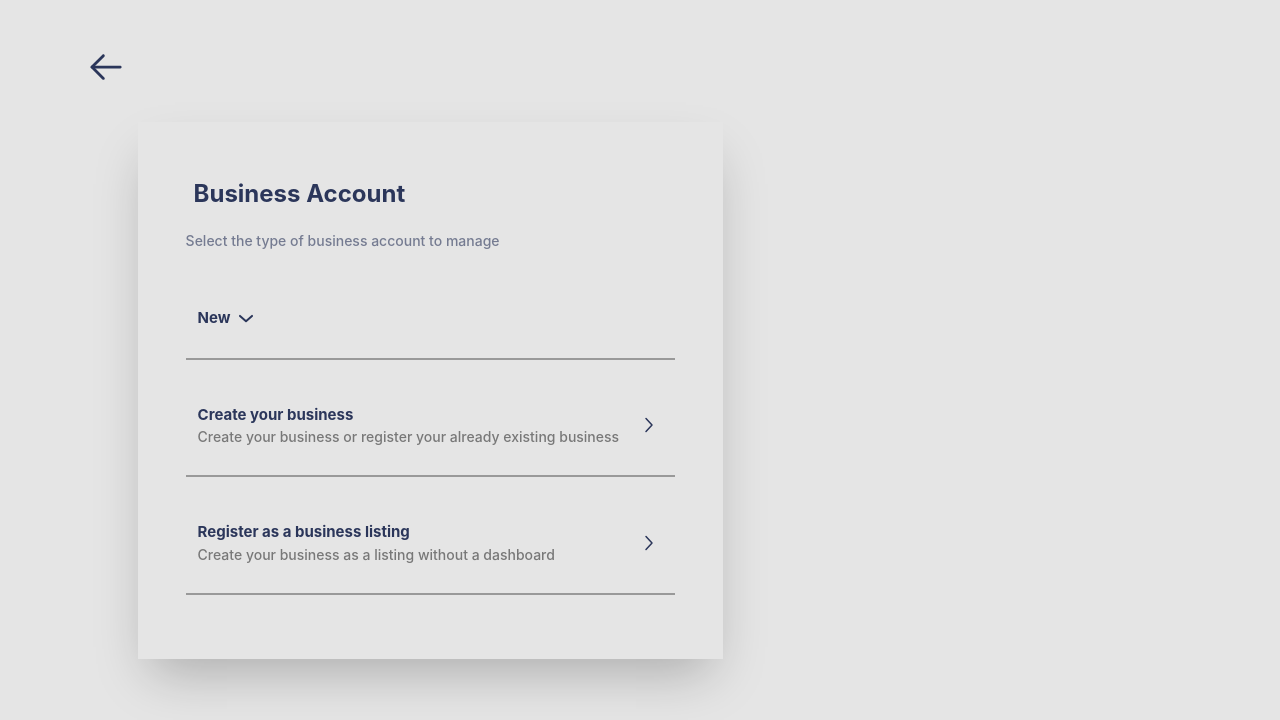
Repository: Osomhe1/findme_task
Page: /account
An editor plug-in stored every save of this project. The page is shown before and after the next save, followed by the edit.
The browser window is 1280 px wide. The pictures show the whole page.
The project was rebuilt for these pictures with package versions that can differ from the ones it lists, and the page was loaded fresh each time. Also part of the build but not shown: src/component/Clip.css, src/component/Logo.js, src/component/Drag.js, src/component/Memories.js, src/component/Publish.js, src/component/Insight.js, src/component/User.js, src/component/Clip.js and 20 more.

Above is the page before, as saved 2023-04-10 09:25:04.

After the next save:
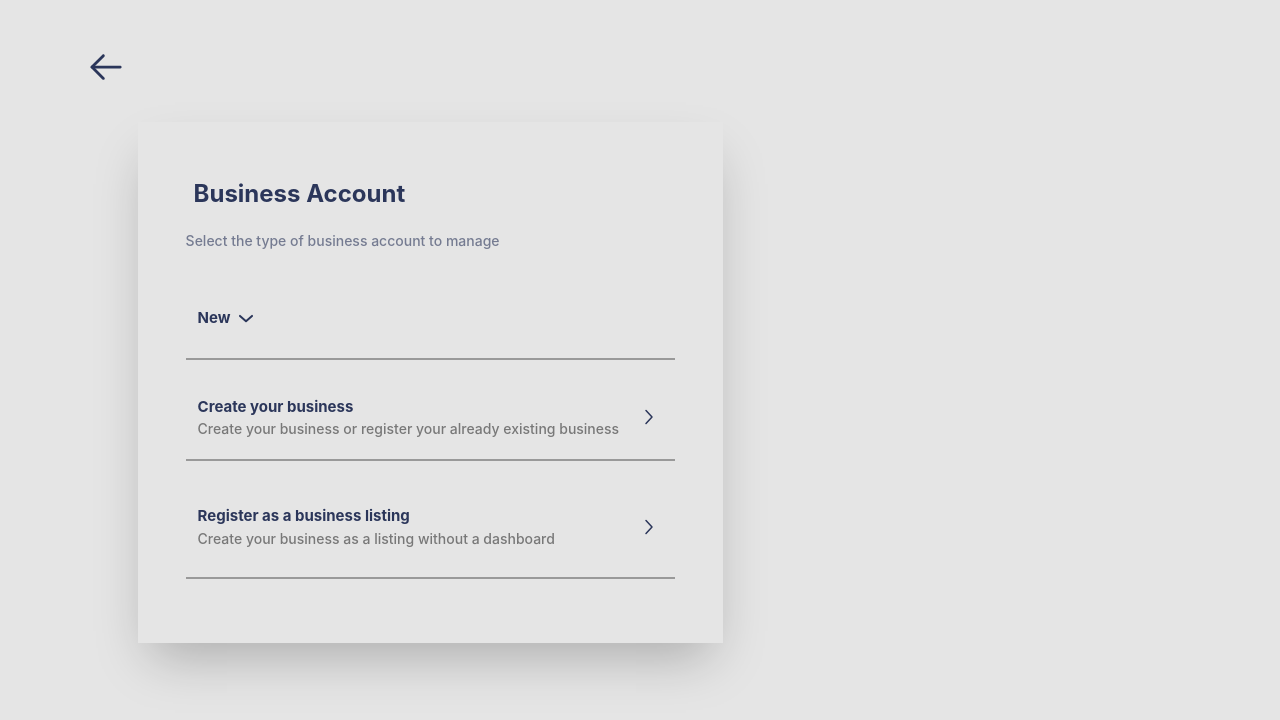
Saved 23 s later.
--- a/src/component/pages/Account.js
+++ b/src/component/pages/Account.js
@@ -64,7 +64,7 @@ export default function Account() {
               </div>
               <div className="flex gap-4 items-center justify-between w-full border-[#999999] p-3 my-4 border-b-2  ">
                 <Link to="/phone-recovery">
-                  <div className="py-4">
+                  <div className="py-2">
                     <h1 className="text-[#2B365A] font-bold text-[15px] ">
                       Create your business
                     </h1>
